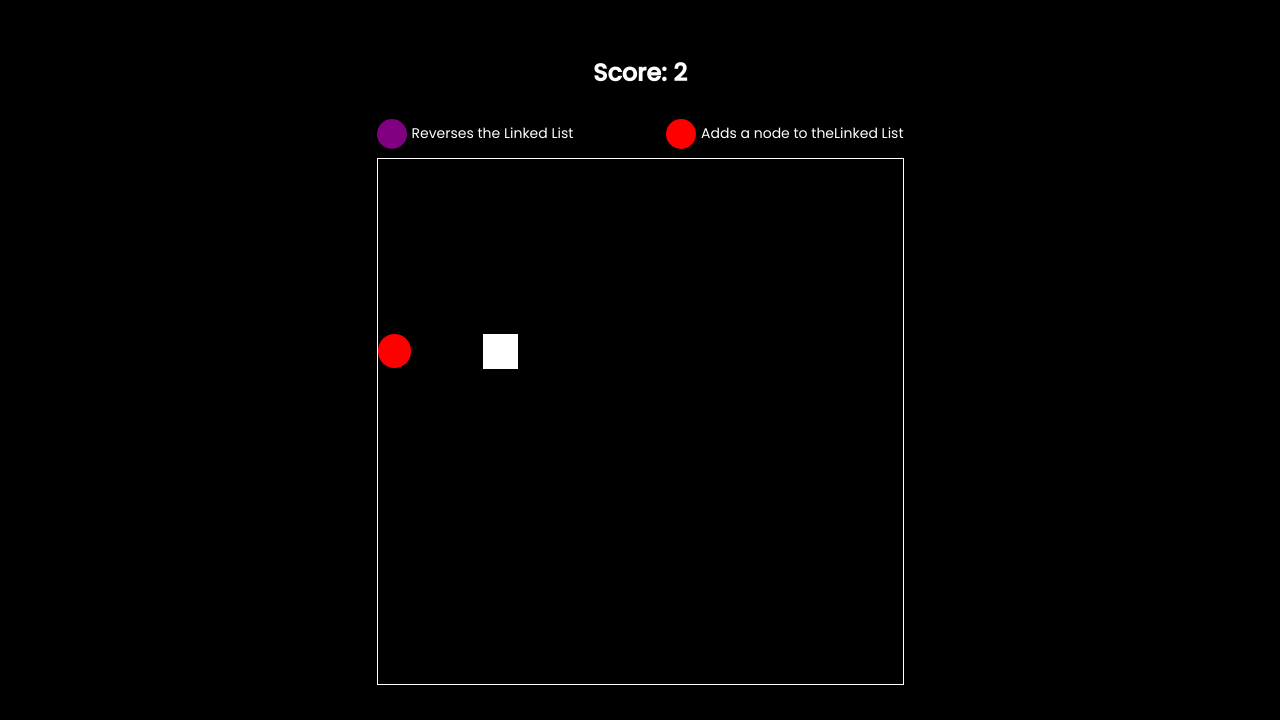
Repository: rehans-Life/linkedlist-snake-game
Page: /
The author's editor kept a copy of each file at every save. The page is drawn from the files as they stood at one save, then again after the next save.
The browser window is 1280 px wide. The pictures show the whole page.
The project was rebuilt for these pictures with package versions that can differ from the ones it lists, and the page was loaded fresh each time. The framework's server and built-in components were replaced by stand-ins that run in the browser. Also part of the build but not shown: next.config.js.

Above is the page before, as saved 2023-04-16 02:44:34.

### pages/index.js
import Head from "next/head";
import styles from "../styles/Home.module.css";
import Board from "../components/Board";

export default function Home() {
  return (
    <div className={styles.container}>
      <Head>
        <title>Linked List Snake Game</title>
        <meta name="description" content="linked list snake game" />
        <link rel="icon" href="/favicon.ico" />
      </Head>
      <Board />
    </div>
  );
}

### styles/globals.css
@import url("https://fonts.googleapis.com/css2?family=Poppins:wght@100;200;300;400;500&display=swap");

html,
body {
  padding: 0;
  margin: 0;
}

a {
  color: inherit;
  text-decoration: none;
}

* {
  box-sizing: border-box;
  font-family: Poppins;
}

button {
  margin: 0;
  padding: 0;
}

### styles/Home.module.css
.container {
  background-color: rgb(0, 0, 0);
  height: 100vh;
  display: flex;
  align-items: center;
  justify-content: center;
}

.board {
  border: 1px solid white;
}

.score {
  color: white;
  width: 100%;
  text-align: center;
}

.row {
  display: flex;
  align-items: center;
  justify-content: center;
}

.cell {
  width: 35px;
  height: 35px;
}

.snake_cell {
  background-color: green;
}

.food_cell {
  position: relative;
}

.food_cell::before {
  content: "";
  height: 95%;
  position: absolute;
  width: 95%;
  border-radius: 50%;
  background-color: red;
}

.reverse_cell {
  position: relative;
}

.reverse_cell::before {
  content: "";
  height: 95%;
  position: absolute;
  width: 95%;
  border-radius: 50%;
  background-color: purple;
}

.head {
  background-color: white;
}

.circle {
  height: 30px;
  width: 30px;
  border-radius: 50%;
}

.reverse {
  background-color: purple;
}

.food {
  background-color: red;
}

.text {
  color: white;
  font-size: 14px;
}

.info {
  display: flex;
  align-items: center;
  justify-content: space-between;
  column-gap: 5px;
}

.infos {
  display: flex;
  align-items: center;
  justify-content: space-between;
}

### components/Board.jsx
/* eslint-disable react-hooks/exhaustive-deps */
import React, { useEffect, useState } from "react";
import styles from "../styles/Home.module.css";
import { createBoard, randomIntInIntervel } from "../utils";

const BOARD_SIZE = 10;

// A Class to represent each node of the linked list
class Node {
  constructor(value, row, col) {
    this.value = value;
    this.row = row;
    this.col = col;
    this.next = null;
  }
}

// A class to represent the singly linked list
class SinglyLinkedList {
  constructor(head) {
    let node = new Node(head.value, head.row, head.col);
    this.head = node;
    this.tail = node;
  }
}

const Direction = {
  UP: "UP",
  RIGHT: "RIGHT",
  DOWN: "DOWN",
  LEFT: "LEFT",
};

const reverseDirection = {
  UP: "DOWN",
  RIGHT: "LEFT",
  DOWN: "UP",
  LEFT: "RIGHT",
};

export default function Board() {
  const [board, setBoard] = useState(createBoard(15));

  // A set to store the values of all snake cells intially our snake will be of size
  // one cell and start from the 44th cells.
  const [snakeCells, setSnakeCells] = useState(new Set([80]));

  // A linked list for our snake initally going to have only one node which
  // is at cell 44.
  const [linkedlist, setLinkedList] = useState(
    new SinglyLinkedList({ value: 80, row: 5, col: 4 })
  );

  const [foodCell, setFoodCell] = useState(85);
  const [direction, setDirection] = useState(Direction.RIGHT);

  const [reverseLinkedList, setReverseLinkedList] = useState(false);
  const [counter, setCounter] = useState(0);

  useEffect(() => {
    window.addEventListener("keydown", (e) => {
      handleKeyDown(e.key);
    });
    let gameStartInternal = setInterval(() => {
      setLinkedList((currLinkedList) => moveLinkedList(currLinkedList));
    }, 250);
    return () => {
      clearInterval(gameStartInternal);
    };
  }, [direction, foodCell, snakeCells]);

  useEffect(() => {
    setSnakeCells((currSnakeCells) => moveSnakeCells(currSnakeCells));
  }, [linkedlist]);

  useEffect(() => {
    setCounter((curr) => curr + 1);
  }, [foodCell]);

  function handleKeyDown(key) {
    const direction = getDirectionFromKey(key);
    if (direction === "") return;
    setDirection(direction);
  }

  const getDirectionFromKey = (key) => {
    if (key === "ArrowUp") return Direction.UP;
    if (key === "ArrowRight") return Direction.RIGHT;
    if (key === "ArrowDown") return Direction.DOWN;
    if (key === "ArrowLeft") return Direction.LEFT;
    return "";
  };

  function moveLinkedList(originalLinkedlist) {
    let linkedList = copyLinkedList(originalLinkedlist);
    let currHead = linkedList.head;
    let newHead = createNewNodeInDirection(board, currHead);

    if (!newHead) {
      setFoodCell(85);
      setDirection(Direction.RIGHT);
      setCounter(0);
      return new SinglyLinkedList({ value: 80, row: 5, col: 4 });
    }

    currHead.next = newHead;
    if (newHead.value === foodCell) {
      if (reverseLinkedList) {
        let reversedLinkedList = createReverseLinkedList(linkedList);
        let newDirection = newReverseDirection(originalLinkedlist.tail);
        setDirection(newDirection);
        while (true) {
          let newFoodCell = randomIntInIntervel(1, board[14][14]);
          if (!snakeCells.has(newFoodCell)) {
            setReverseLinkedList(Math.random() < 0.3);
            setFoodCell(newFoodCell);
            break;
          }
        }
        return { head: reversedLinkedList.head, tail: currHead };
      }

      let growthCell = createNewNodeForGrowth(board, linkedList.tail);
      let temp = linkedList.tail;
      linkedList.tail = growthCell;
      linkedList.tail.next = temp;

      while (true) {
        let newFoodCell = randomIntInIntervel(1, board[14][14]);
        if (!snakeCells.has(newFoodCell)) {
          setReverseLinkedList(Math.random() < 0.3);
          setFoodCell(newFoodCell);
          break;
        }
      }
    }
    return { head: newHead, tail: linkedList.tail.next };
  }

  function newReverseDirection(currHead) {
    let newDirection;
    let nextToHead = currHead.next;

    if (!nextToHead) {
      if (direction === "RIGHT") newDirection = reverseDirection["RIGHT"];
      else if (direction === "LEFT") newDirection = reverseDirection["LEFT"];
      else if (direction === "UP") newDirection = reverseDirection["UP"];
      else newDirection = reverseDirection["DOWN"];
      return newDirection;
    }

    if (direction === "RIGHT") {
      if (nextToHead.col === currHead.col - 1) {
        newDirection = "RIGHT";
      } else {
        newDirection = "LEFT";
      }
    }

    if (direction === "LEFT") {
      if (nextToHead.col === currHead.col + 1) {
        newDirection = "LEFT";
      } else {
        newDirection = "RIGHT";
      }
    }

    if (direction === "UP") {
      if (nextToHead.row === currHead.row + 1) {
        newDirection = "UP";
      } else {
        newDirection = "DOWN";
      }
    }

    if (direction === "DOWN") {
      if (nextToHead.row === currHead.row - 1) {
        newDirection = "DOWN";
      } else {
        newDirection = "UP";
      }
    }
    return newDirection;
  }

  function createReverseLinkedList(linkedList) {
    let tail = linkedList.tail;
    let curr = null;
    let prev = tail;

    while (prev) {
      let temp = prev.next;
      prev.next = curr;
      curr = prev;
      prev = temp;
    }

    return { head: tail, tail: curr };
  }

  function createNewNodeForGrowth(board, currTail) {
    let newTail;
    if (direction === "LEFT")
      newTail = new Node(
        board[currTail.row][currTail.col + 1],
        currTail.row,
        currTail.col + 1
      );
    else if (direction === "RIGHT")
      newTail = new Node(
        board[currTail.row][currTail.col - 1],
        currTail.row,
        currTail.col - 1
      );
    else if (direction === "DOWN") {
      if (currTail.row - 1 < 0) {
        newTail = new Node(
          board[currTail.row + 1][currTail.col],
          currTail.row + 1,
          currTail.col
        );
      } else {
        newTail = new Node(
          board[currTail.row - 1][currTail.col],
          currTail.row - 1,
          currTail.col
        );
      }
    } else if (direction === "UP") {
      if (currTail.row + 1 >= 15) {
        newTail = new Node(
          board[currTail.row - 1][currTail.col],
          currTail.row - 1,
          currTail.col
        );
      } else {
        newTail = new Node(
          board[currTail.row + 1][currTail.col],
          currTail.row + 1,
          currTail.col
        );
      }
    }

    return newTail;
  }

  function createNewNodeInDirection(board, currHead) {
    let newHead = false;
    if (
      direction === "LEFT" &&
      currHead.col - 1 >= 0 &&
      !snakeCells.has(board[currHead.row][currHead.col - 1])
    )
      newHead = new Node(
        board[currHead.row][currHead.col - 1],
        currHead.row,
        currHead.col - 1
      );
    else if (
      direction === "RIGHT" &&
      currHead.col + 1 < 15 &&
      !snakeCells.has(board[currHead.row][currHead.col + 1])
    )
      newHead = new Node(
        board[currHead.row][currHead.col + 1],
        currHead.row,
        currHead.col + 1
      );
    else if (
      direction === "DOWN" &&
      currHead.row + 1 < 15 &&
      !snakeCells.has(board[currHead.row + 1][currHead.col])
    )
      newHead = new Node(
        board[currHead.row + 1][currHead.col],
        currHead.row + 1,
        currHead.col
      );
    else if (
      direction === "UP" &&
      currHead.row - 1 >= 0 &&
      !snakeCells.has(board[currHead.row - 1][currHead.col])
    )
      newHead = new Node(
        board[currHead.row - 1][currHead.col],
        currHead.row - 1,
        currHead.col
      );
    return newHead;
  }

  function copyLinkedList(linkedList) {
    let node = linkedList.tail;
    let newNode = new Node(node.value, node.row, node.col);
    let newTail = newNode;
    while (node.next) {
      let next = node.next;
      let newNext = new Node(next.value, next.row, next.col);
      node = next;
      newNode.next = newNext;
      newNode = newNext;
    }
    return {
      head: newNode,
      tail: newTail,
    };
  }

  function moveSnakeCells() {
    let movedSnake = [];
    let node = linkedlist.tail;

    while (node) {
      movedSnake.push(node.value);
      node = node.next;
    }
    movedSnake.reverse();
    return new Set(movedSnake);
  }

  const infos = [
    {
      color: "purple",
      text: "Reverses the Linked List",
    },
    {
      color: "red",
      text: "Adds a node to theLinked List",
    },
  ];

  const Info = ({ text, color }) => {
    return (
      <div className={styles.info}>
        <div
          className={`${styles.circle} ${
            color === "purple" ? styles.reverse : styles.food
          }`}
        ></div>
        <p className={styles.text}>{text}</p>
      </div>
    );
  };

  return (
    <div>
      <h2 className={styles.score}>Score: {counter}</h2>
      <div className={styles.infos}>
        {infos.map(({ color, text }, index) => (
          <Info text={text} color={color} key={index} />
        ))}
      </div>
      <div className={styles.board}>
        {board.map((row, i) => (
          <div key={i} className={styles.row}>
            {row.map((value, j) => (
              <div
                key={j}
                className={`${styles.cell} ${
                  linkedlist.head.value === value
                    ? styles.head
                    : snakeCells.has(value)
                    ? styles.snake_cell
                    : reverseLinkedList && value === foodCell
                    ? styles.reverse_cell
                    : value === foodCell
                    ? styles.food_cell
                    : ""
                }`}
              ></div>
            ))}
          </div>
        ))}
      </div>
    </div>
  );
}

### utils.js
export const randomIntInIntervel = (max, min) => {
  return Math.floor(Math.random() * (max - min + 1)) + min;
};

export const createBoard = (board_size) => {
  // All the cells which have a certain value assigned to them
  let board = [];
  let counter = 1;
  for (let i = 0; i < board_size; i++) {
    let row = [];
    for (let j = 0; j < board_size; j++) row.push(counter++);
    board.push(row);
  }
  return board;
};

Loaded but not shown: pages/_app.js (common file)

After the next save:
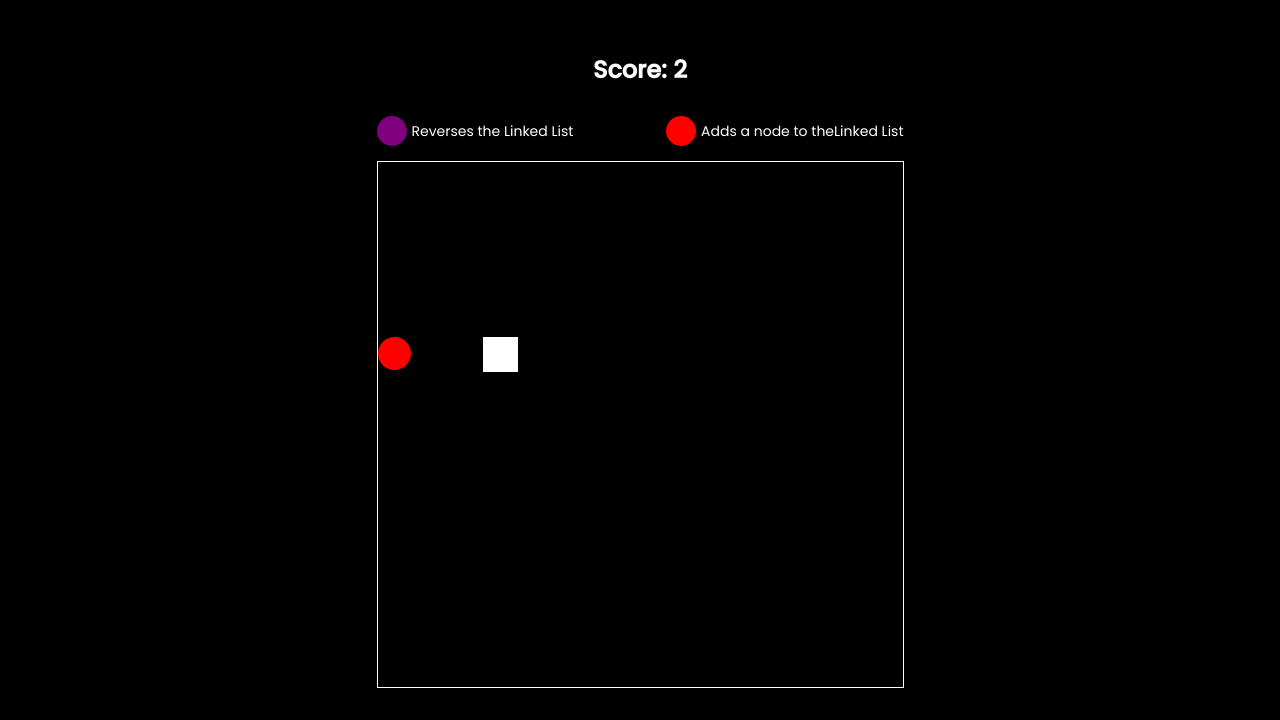
Saved 13 s later.
--- a/styles/Home.module.css
+++ b/styles/Home.module.css
@@ -91,4 +91,5 @@
   display: flex;
   align-items: center;
   justify-content: space-between;
+  margin-bottom: 5px;
 }
